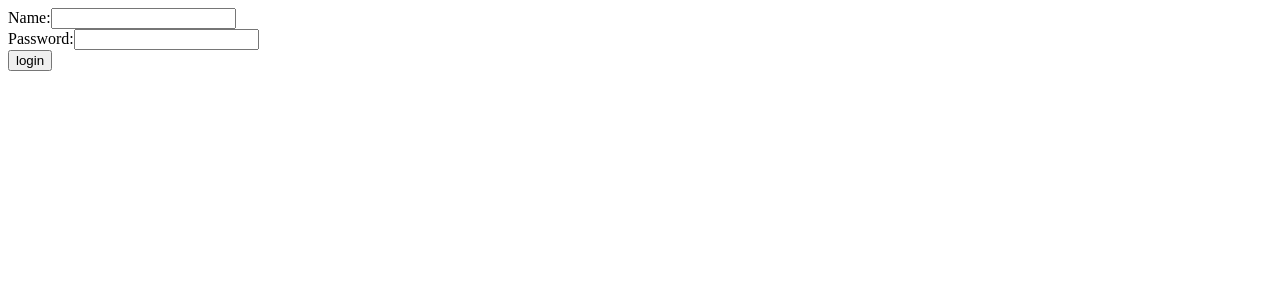
Repository: SurajPawar15-smart/JAVAProjects
Page: 03JTPThirdDemo/WebContent/index.html
The author's editor kept a copy of each file at every save. The page is drawn from the files as they stood at one save, then again after the next save.
The browser window is 1280 px wide. The pictures show the whole page.

Above is the page before, as saved 2020-10-02 11:11:17.

After the next save:
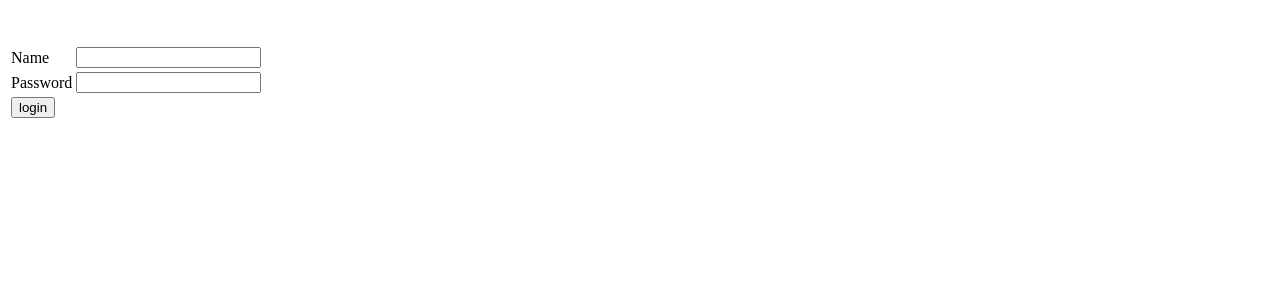
Saved 9 min 18 s later.
--- a/03JTPThirdDemo/WebContent/index.html
+++ b/03JTPThirdDemo/WebContent/index.html
@@ -6,9 +6,20 @@
 </head>
 <body>
 <form action="servlet1" method="post">
-Name:<input type="text" name="userName"/><br/>
-Password:<input type="password" name="userPass"/><br/>
-<input type="submit" value="login"/>
+<table>
+<tr>
+<td>Name</td>
+<td><input type="text" name="userName"/></td><br/>
+</tr>
+<tr>
+
+<td>Password</td>
+<td><input type="password" name="userPass"/></td><br/>
+</tr>
+<tr>
+<td><input type="submit" value="login"/></td>
+</tr>
+
 </form>
 </body>
 </html>
